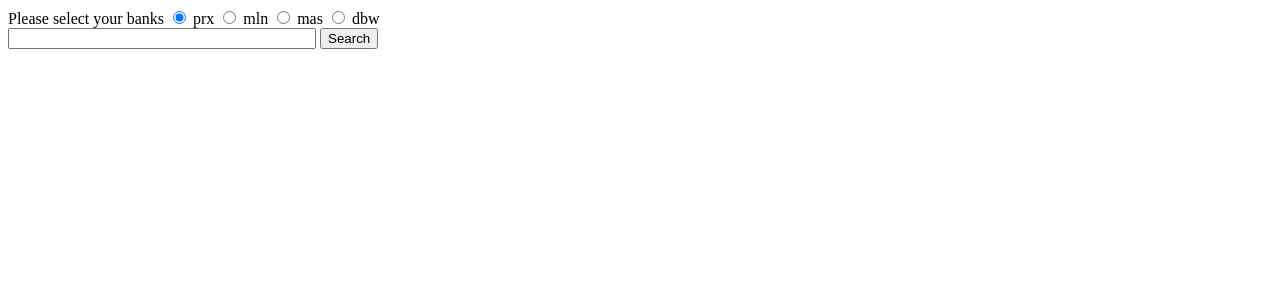
Repository: KingWisdomDEV/kingwisdomdev.github.io
Page: search-keys/index.html
The author's editor kept a copy of each file at every save. The page is drawn from the files as they stood at one save, then again after the next save.
The browser window is 1280 px wide. The pictures show the whole page.

Above is the page before, as saved 2022-03-27 11:36:38.

### search-keys/index.html
<!DOCTYPE html>
<html lang="en">

<head>
    <meta charset="UTF-8">
    <meta http-equiv="X-UA-Compatible" content="IE=edge">
    <meta name="viewport" content="width=device-width, initial-scale=1.0">
    <title>Search Keys | King Wisdom</title>
</head>

<body>
    <span>Please select your banks</span>
    <input type="radio" id="prx" checked name="bankName" value="prx">
    <label for="prx">prx</label>
    <input type="radio" id="mln" name="bankName" value="mln">
    <label for="mln">mln</label>
    <input type="radio" id="mas" name="bankName" value="mas">
    <label for="mas">mas</label>
    <input type="radio" id="dbw" name="bankName" value="dbw">
    <label for="dbw">dbw</label>
    <br>
    <input type="text" id="keywords" style="width: 300px"/>
    <button id="btn-search">Search</button>

    <div id="result">

    </div>
    <script src="./script.js"></script>
</body>

</html>

Loaded but not shown: search-keys/script.js (no copy from this time; the picture is the same without it)

After the next save:
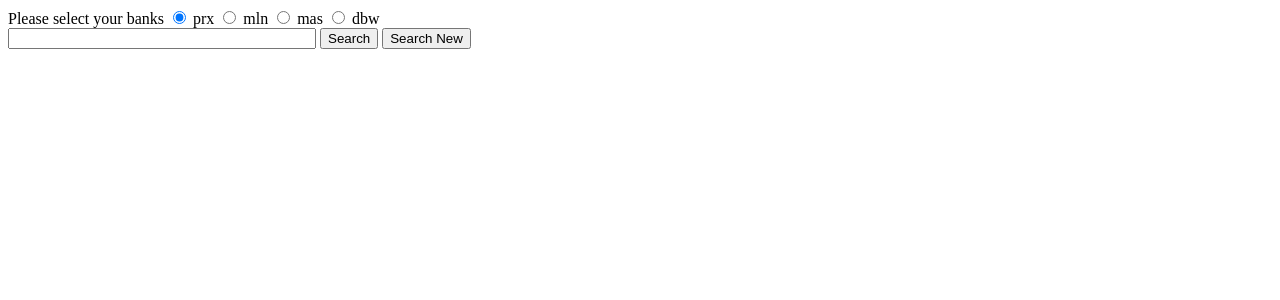
Saved 2 min 5 s later.
--- a/search-keys/index.html
+++ b/search-keys/index.html
@@ -21,6 +21,7 @@
     <br>
     <input type="text" id="keywords" style="width: 300px"/>
     <button id="btn-search">Search</button>
+    <button id="btn-search-new">Search New</button>
 
     <div id="result">
 
